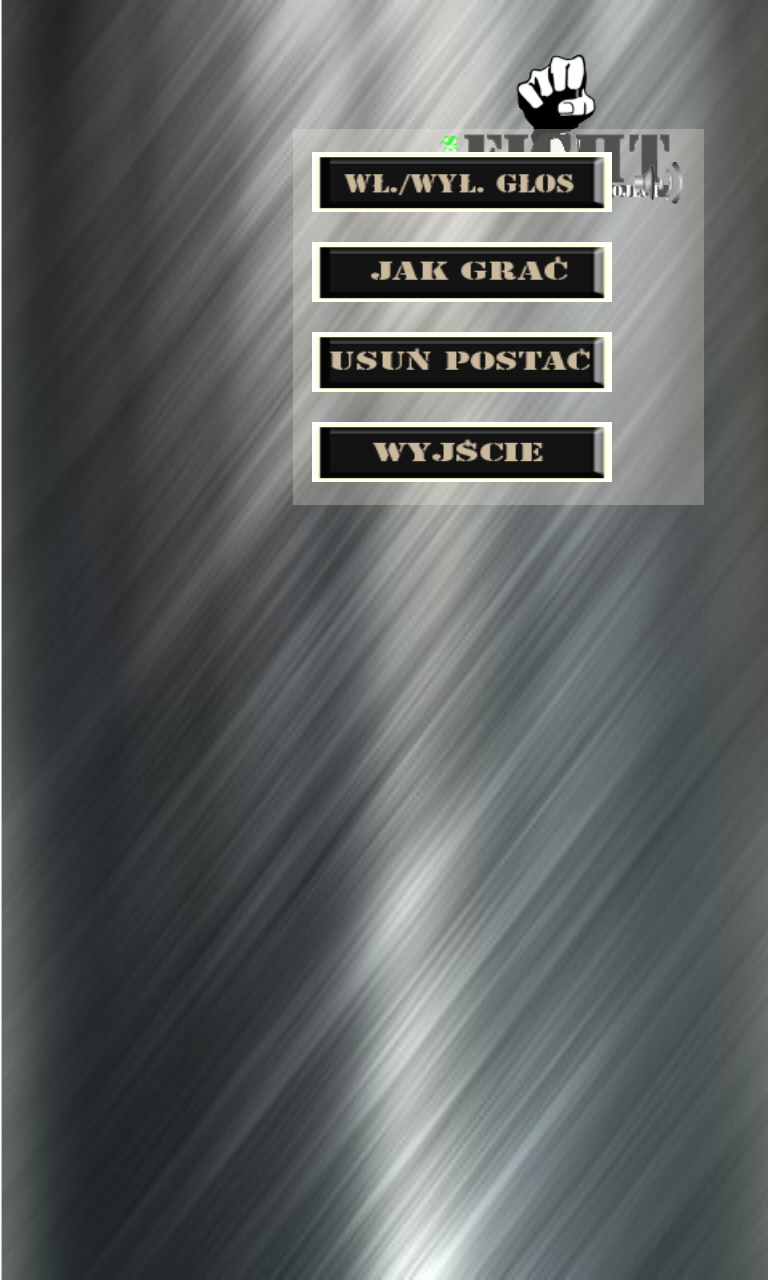
Repository: KrzysztofWolinski/WiesFight_Project
Layout: WiesFight/res/layout/activity_settings.xml
These files come from the project's save history. The layout is drawn as it stood at one moment and after the next save; the edit follows.
It is drawn on a 768 x 1280 px phone screen (xhdpi) without system bars, with theme AppTheme; the app's code is not run.

Above is the layout before, as saved 2015-01-15 10:19:11.

### WiesFight/res/layout/activity_settings.xml
<RelativeLayout xmlns:android="http://schemas.android.com/apk/res/android"
    xmlns:tools="http://schemas.android.com/tools"
    android:layout_width="match_parent"
    android:layout_height="match_parent"
    android:background="@drawable/bg"
    android:paddingBottom="@dimen/activity_vertical_margin"
    android:paddingLeft="@dimen/activity_horizontal_margin"
    android:paddingRight="@dimen/activity_horizontal_margin"
    android:paddingTop="@dimen/activity_vertical_margin"
    tools:context="${relativePackage}.${activityClass}" >

    <ImageView
        android:id="@+id/imgLogo"
        android:layout_width="wrap_content"
        android:layout_height="wrap_content"
        android:layout_alignParentRight="true"
        android:layout_alignParentTop="true"
        android:layout_marginTop="10dp"
        android:layout_marginRight="30dp"
        android:src="@drawable/logo"
        android:contentDescription="@string/logo" />

    <ImageView
        android:id="@+id/imgBtnBg"
        android:layout_width="wrap_content"
        android:layout_height="wrap_content"
        android:layout_alignBottom="@+id/btnExit"
        android:layout_alignLeft="@+id/btnSound"
        android:layout_alignRight="@+id/imgSound"
        android:layout_alignTop="@+id/btnSound"
        android:layout_marginBottom="-15dp"
        android:layout_marginLeft="-10dp"
        android:layout_marginRight="-10dp"
        android:layout_marginTop="-15dp"
        android:alpha="0.3"
        android:contentDescription="@string/desc"
        android:src="@drawable/tlopodprzyciski" />

    <Button
        android:id="@+id/btnSound"
        android:layout_width="150dp"
        android:layout_height="30dp"
        android:layout_below="@+id/imgLogo"
        android:layout_alignParentLeft="true"
        android:layout_alignParentTop="true"
        android:layout_marginTop="60dp"
        android:layout_marginLeft="140dp"
        android:onClick="switchSound"
        android:background="@drawable/glos" />

    <Button
        android:id="@+id/btnHowToPlay"
        android:layout_width="150dp"
        android:layout_height="30dp"
        android:layout_alignLeft="@+id/btnSound"
        android:layout_below="@+id/btnSound"
        android:layout_marginTop="15dp"
        android:onClick="showHowToPlay"
        android:background="@drawable/jakgrac" />

    <Button
        android:id="@+id/btnDeleteCharacter"
        android:layout_width="150dp"
        android:layout_height="30dp"
        android:layout_alignLeft="@+id/btnHowToPlay"
        android:layout_below="@+id/btnHowToPlay"
        android:layout_marginTop="15dp"
        android:onClick="deleteCharacter"
        android:background="@drawable/usunpostac" />

    <Button
        android:id="@+id/btnExit"
        android:layout_width="150dp"
        android:layout_height="30dp"
        android:layout_alignRight="@+id/btnDeleteCharacter"
        android:layout_below="@+id/btnDeleteCharacter"
        android:layout_marginTop="15dp"
        android:onClick="leaveGame"
        android:background="@drawable/wyjscie" />

    <ImageView
        android:id="@+id/imgSound"
        android:layout_width="wrap_content"
        android:layout_height="wrap_content"
        android:layout_alignTop="@+id/btnSound"
        android:layout_toRightOf="@+id/btnSound"
        android:layout_marginTop="5dp"
        android:layout_marginLeft="10dp"
        android:src="@drawable/wl"
        android:contentDescription="@string/desc" />

</RelativeLayout>

### WiesFight/res/values/strings.xml
<?xml version="1.0" encoding="utf-8"?>
<resources xmlns:android="http://schemas.android.com/apk/res/android">

    <string name="app_name">WiesFight</string>
    <string name="hello_world">Hello world!</string>
    <string name="action_settings">Settings</string>
    <string name="title_activity_posts">PostsActivity</string>
    <string name="title_activity_login">LoginActivity</string>
    <string name="logo">logo</string>
    <string name="wybierz">wybierz</string>
    <string name="walka">walka</string>
    <string name="sklep">sklep</string>
    <string name="ustawienia">ustawienia</string>
    <string name="title_activity_fight">FightActivity</string>
    <string name="title_activity_shop">ShopActivity</string>
    <string name="title_activity_settings">SettingsActivity</string>
    <string name="nickHint">Podaj nick</string>
    <string name="klawiatura">Klawiatura</string>
    <string name="koszula">Koszula flanelowa</string>
    <string name="kawa">Kawa</string>
    <string name="tulipan">Tulipan</string>
    <string name="tarcza">Pokrywa od śmietnika</string>
    <string name="wino">Tanie wino</string>
    <string name="kij">Kij do baseballa</string>
    <string name="szalik">Szalik ulubionego klubu</string>
    <string name="red">Napój energetyczny</string>
    <string name="torba">Torebka</string>
    <string name="chodzik">Chodzik</string>
    <string name="woda">Woda święcona</string>
    <string name="tipsy">Długie tipsy</string>
    <string name="imp">Silikonowe implanty</string>
    <string name="drink">Najlepsze modżajto</string>
    <string name="avatar">avatar</string>
    <string name="lewy">lewy</string>
    <string name="prawy">prawy</string>
    <string name="ramka">ramka</string>
    <string name="desc">obrazek</string>
    <string name="fight">Walka</string>
    <string name="trainingOpponent">Rocky Pierdoła</string>
    <string name="count">Posiadasz: %1$s</string>
    <string name="progress">Proszę chwilę poczekać</string>
    <string name="waitOpponent">Poczekaj na przeciwnika</string>
    <string name="opponentLeft">Przeciwnik opuścił walkę\n</string>
    <string name="fightWon">%1$sWalka została zakończona zwycięstwem gracza %2$s</string>
    <string name="addingError">Nazwa uzytkownika za krotka lub zajeta</string>
    <string name="bonusMessage">Dostałeś 5 monet w ramach codziennego bonusu!</string>
    <string name="tutorialMain">Kliknij avatar swojej postaci w menu głównym, aby podejrzeć jej statystyki.\nW widoku ustawień możesz wyłączyć dźwięk, usunąć postać i wyjść z gry.\nW widoku sklepu możesz nabyć przedmioty, które pomogą Ci w walce.\nW widoku walki możesz poszukać przeciwnika do walki albo odbyć trening.</string>
    <string name="tutorialShop">Każda klasa może kupić 3 przedmioty:\nwzmacniający atak, wzmacniający obronę, wzmacniający jedną z cech w zależności od klasy.\nPrzedmioty można nabyć za monety i mogą być użyte podczas walki aby wzmocnić daną cechę.</string>
    <string name="charFormat">Siła ataku: %1$s\nPunkty życia: %2$s\nObrona: %3$s%%\nSzansa trafienia: %4$s%%\nSzansa na trafienie krytyczne: %5$s%%\nSiła trafienia krytycznego: %6$s%%</string>
    <string name="statsFormat">Monety: %1$s\nPoziom: %2$s\nXP: %3$s\nWygrane walki: %4$s na %5$s\nProcent wygranych: %6$s%%</string>
    <string name="itemFormat">Czy chcesz kupić?\n%1$s\n%2$s +%3$s\nCzas trwania: %4$s rundy</string>
    <string name="noInternetConnection">Połącz się z internetem i spróbuj ponownie.</string>
    <string name="connectionError">Błąd połączenia z serwerem. Spróbuj ponownie.</string>
    <string name="notEnoughCoins">Potrzebujesz 5 monet, żeby rozpocząć walkę. Możesz tylko potrenować.</string>
    <string name="confirmExit">Czy na pewno chcesz wyjść z gry?</string>
    <string name="confirmDelete">Czy na pewno chcesz usunąć postać? Nie będzie już możliwości jej przywrócenia</string>
    <string name="confirmLeaveFight">Jeżeli opuścisz walkę, przegrasz. Czy na pewno chcesz to zrobić?</string>
    <string name="title_activity_start">StartActivity</string>
    <string name="trening">Trening</string>
    <string name="title_activity_pre_fight">PreFightActivity</string>
    <string name="title_activity_tutarial">TutarialActivity</string>

</resources>

Loaded but not shown: WiesFight/res/values/styles.xml (common file); WiesFight/res/values-v11/styles.xml (common file); WiesFight/res/values-v14/styles.xml (common file); WiesFight/res/values/dimens.xml (common file); WiesFight/res/values-w820dp/dimens.xml (common file)

After the next save:
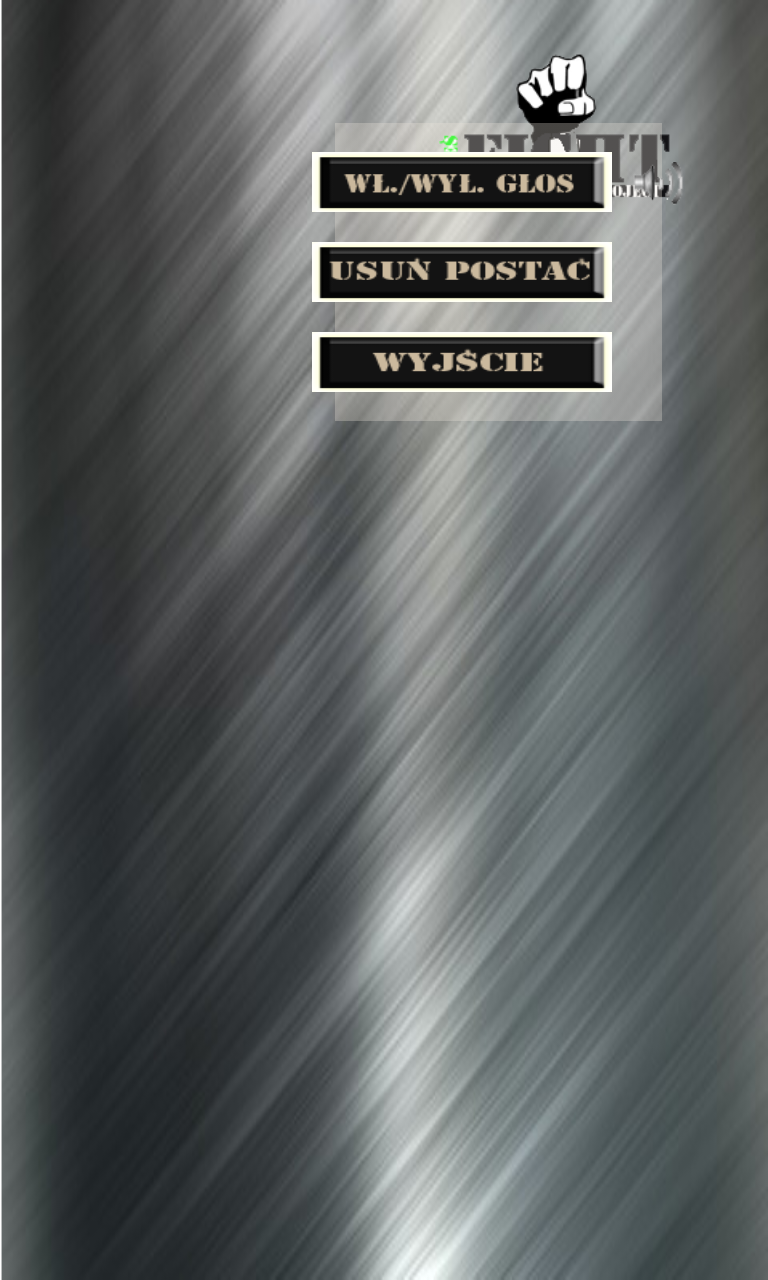
Saved 5 days later.
--- a/WiesFight/res/layout/activity_settings.xml
+++ b/WiesFight/res/layout/activity_settings.xml
@@ -62,8 +62,8 @@
         android:id="@+id/btnDeleteCharacter"
         android:layout_width="150dp"
         android:layout_height="30dp"
-        android:layout_alignLeft="@+id/btnHowToPlay"
-        android:layout_below="@+id/btnHowToPlay"
+        android:layout_alignLeft="@+id/btnSound"
+        android:layout_below="@+id/btnSound"
         android:layout_marginTop="15dp"
         android:onClick="deleteCharacter"
         android:background="@drawable/usunpostac" />

After the save that followed:
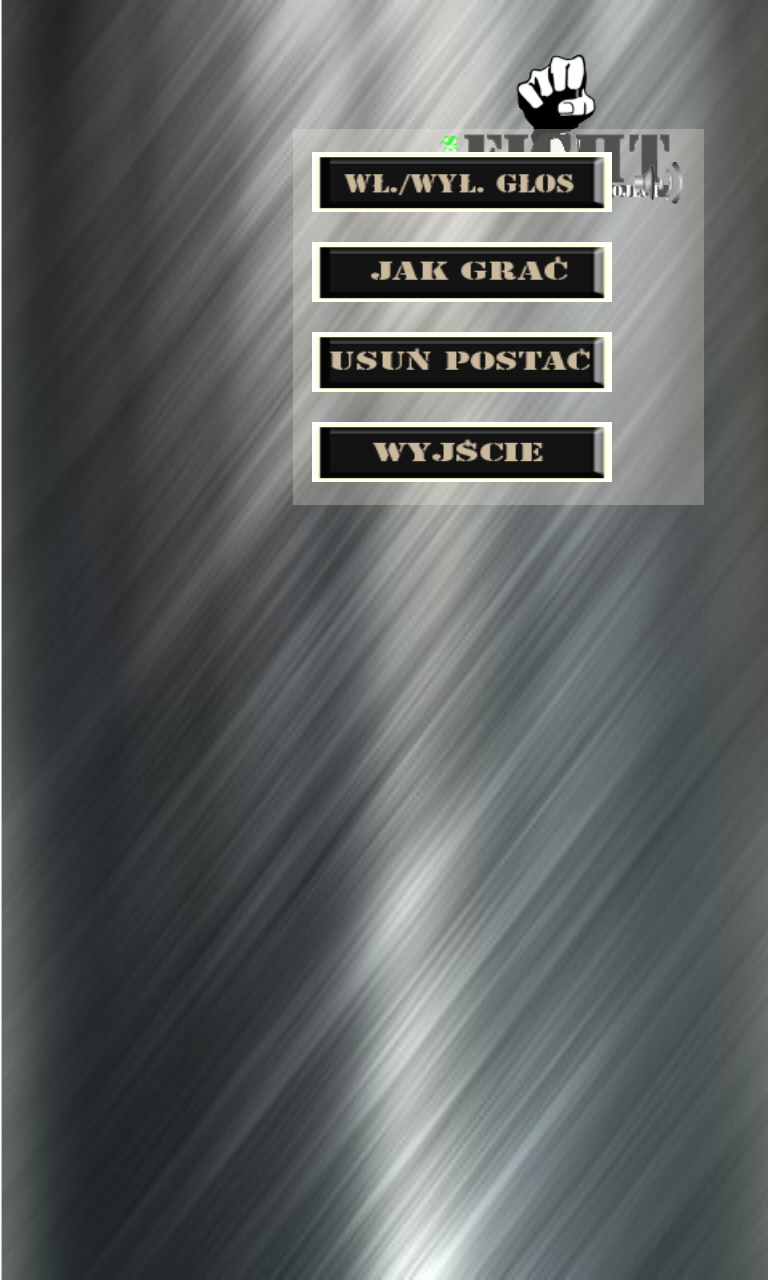
Saved 6 s later.
--- a/WiesFight/res/layout/activity_settings.xml
+++ b/WiesFight/res/layout/activity_settings.xml
@@ -62,8 +62,8 @@
         android:id="@+id/btnDeleteCharacter"
         android:layout_width="150dp"
         android:layout_height="30dp"
-        android:layout_alignLeft="@+id/btnSound"
-        android:layout_below="@+id/btnSound"
+        android:layout_alignLeft="@+id/btnHowToPlay"
+        android:layout_below="@+id/btnHowToPlay"
         android:layout_marginTop="15dp"
         android:onClick="deleteCharacter"
         android:background="@drawable/usunpostac" />
